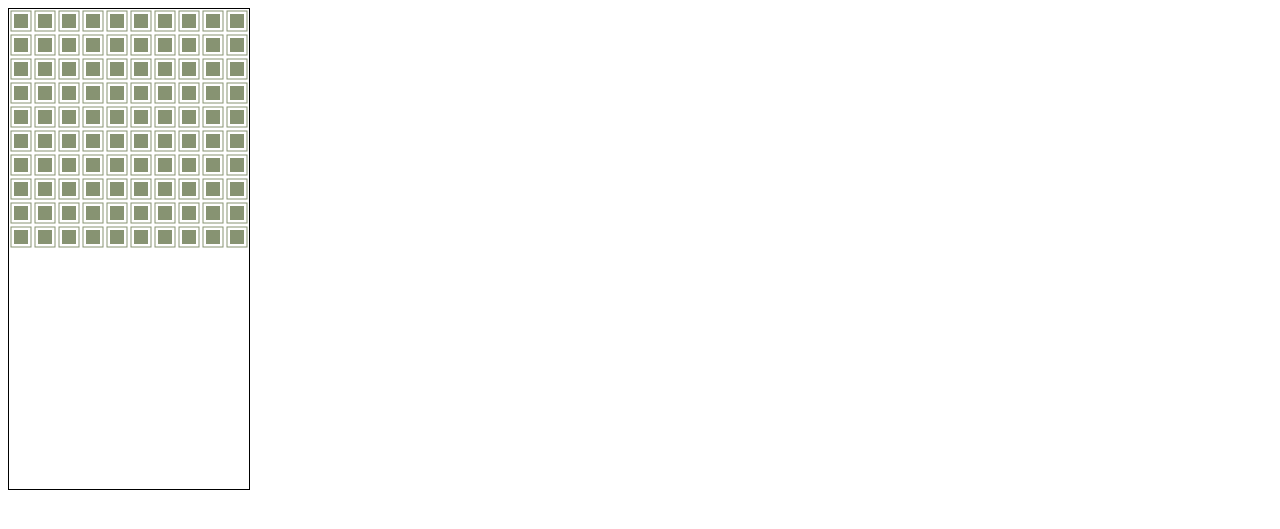
Repository: yzarc204/tetris-web
Page: index.html
These files come from the project's save history. The page is drawn as it stood at one moment and after a run of saves; the edit follows.
The browser window is 1280 px wide. The pictures show the whole page.

Above is the page before, as saved 2021-09-20 18:37:24.

### index.html
<!DOCTYPE html>
<html lang="en">
<head>
    <meta charset="UTF-8">
    <meta http-equiv="X-UA-Compatible" content="IE=edge">
    <meta name="viewport" content="width=device-width, initial-scale=1.0">
    <title>Tetris</title>
    <style>
        canvas {
            border: 1px solid #000;
        }
    </style>
</head>
<body>
    <script src="js/const.js"></script>
    <script src="js/board.js"></script>
    <script src="js/pixel.js"></script>
    <script src="js/brick.js"></script>
    <script src="js/game.js"></script>
</body>
</html>

### js/const.js
const PIXEL_SIZE = 24;
const PIXEL_COLOR = '#000000';
const PIXEL_BG_COLOR = '#879372';

const B = true;
const _ = false;

const ROW = 20;
const COL = 10;

const GAME_WIDTH = PIXEL_SIZE * COL;
const GAME_HEIGHT = PIXEL_SIZE * ROW;
const GAME_BG_COLOR = '#9EAD86';

### js/board.js
class Board
{
    constructor(tetris) {
        this.tetris = tetris;
        this.map = [];
        this.row = ROW;
        this.col = COL;
        this.init();
    }

    init() {
        for (let row = 0; row < this.row; row++) {
            let rowData = [];
            for (let col = 0; col < this.col; col++) {
                rowData.push(_);
            }
            this.map.push(rowData);
        }
    }

    draw() {
        for (let row = 0; row < this.row; row++) {
            for (let col = 0; col < this.col; col++) {
                if (this.map[row][col] == _)
                    new Pixel(this.tetris, row, col, PIXEL_BG_COLOR).draw();
            }
        }
    }
};

### js/pixel.js
class Pixel
{
    constructor(tetris, row, col, color) {
        this.tetris = tetris;
        this.row = row;
        this.col = col;
        this.color = color;
        this.size = PIXEL_SIZE;
    }

    draw() {
        const x = this.row * this.size;
        const y = this.col * this.size;
        // Set color
        this.tetris.ctx.fillStyle = this.color;
        this.tetris.ctx.strokeStyle = this.color;
        this.tetris.ctx.lineWidth = 1;
        // Draw outline
        this.tetris.ctx.strokeRect(x+2, y+2, this.size-4, this.size-4);
        // Draw area
        this.tetris.ctx.fillRect(x+5, y+5, this.size-10, this.size-10, this.color);
    }
};

### js/game.js
class Tetris {
    constructor() {
        this.cvs = null;
        this.ctx = null;
        this.board = null;
        this.brick = null;
        this.score = 0;
        this.init();
        this.startGame();
    }

    init() {
        // Create canvas
        this.cvs = document.createElement('canvas');
        this.cvs.width = GAME_WIDTH;
        this.cvs.height = GAME_HEIGHT;
        document.body.appendChild(this.cvs);

        this.ctx = this.cvs.getContext('2d');
    }

    startGame() {
        this.board = new Board(this);
        this.board.draw();
        console.log('draw');

    }

    clrscr() {

    }

    loop() {

    }

    update() {

    }

    draw() {

    }
};

const tetris = new Tetris();

Loaded but not shown: js/brick.js (no copy from this time; the picture is the same without it)

After the next 2 saves:
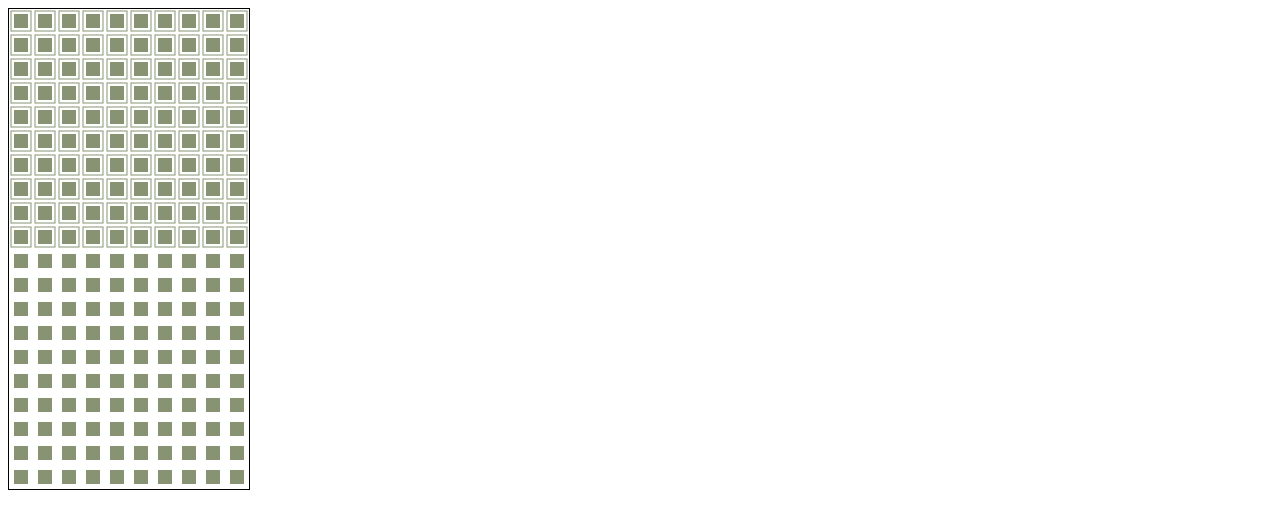
The 2 saves are shown as one change because they came seconds apart.
The last was saved 17 min 26 s later.
--- a/js/pixel.js
+++ b/js/pixel.js
@@ -18,6 +18,6 @@ class Pixel
         // Draw outline
         this.tetris.ctx.strokeRect(x+2, y+2, this.size-4, this.size-4);
         // Draw area
-        this.tetris.ctx.fillRect(x+5, y+5, this.size-10, this.size-10, this.color);
+        this.tetris.ctx.fillRect(y+5, x+5, this.size-10, this.size-10, this.color);
     }
 };
